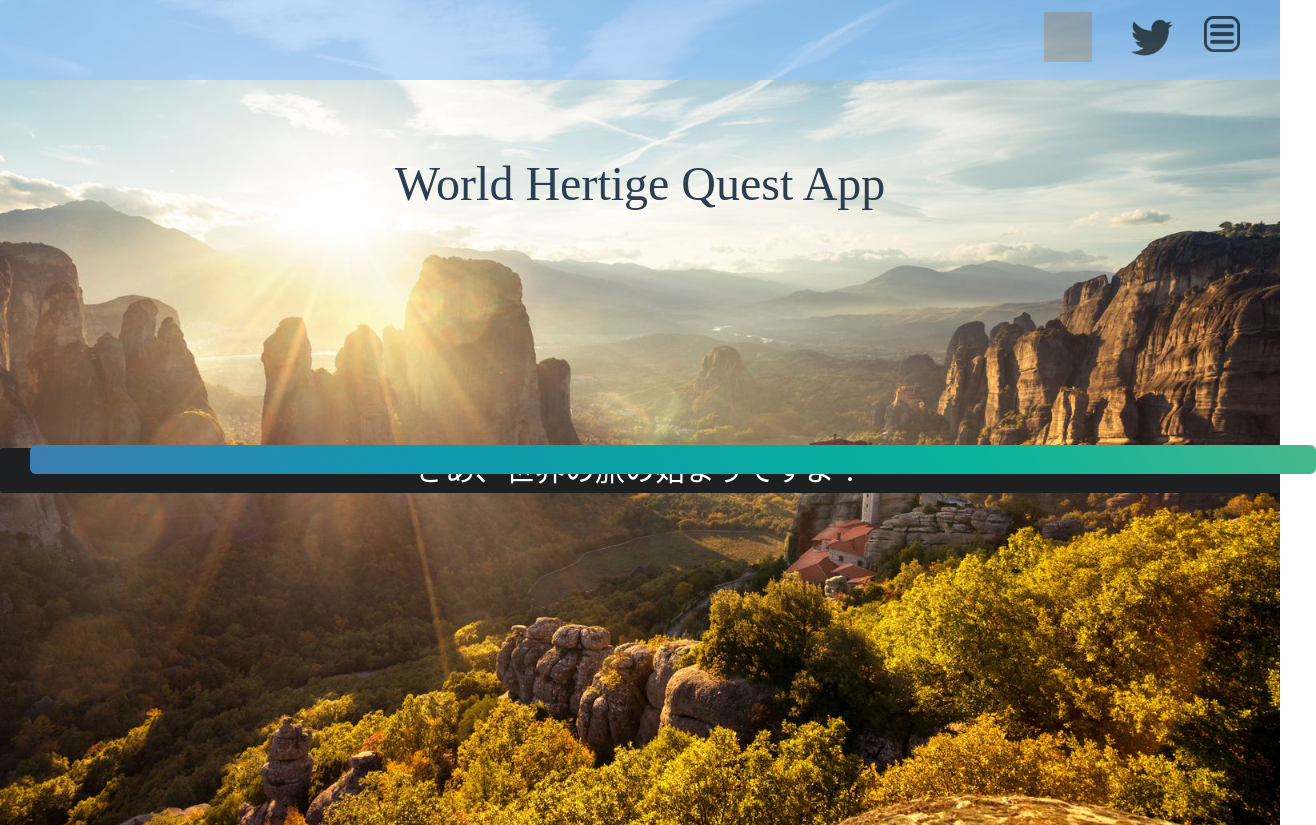
Repository: hashiz008/World-Heritage-Travel-App
Page: /
The author's editor kept a copy of each file at every save. The page is drawn from the files as they stood at one save, then again after the next save.
The browser window is 1280 px wide. The page is 1316 px wide, so the pictures cover 1316 px, including what lies to the right of the window. The pictures show the whole page.
Pictures or frames that could not be fetched are drawn as grey boxes. Some web fonts or font styles are not loaded; a fallback is used. The project was rebuilt for these pictures with package versions that can differ from the ones it lists, and the page was loaded fresh each time. Also part of the build but not shown: vue.config.js.

Above is the page before, as saved 2022-01-25 11:36:52.

After the next save:
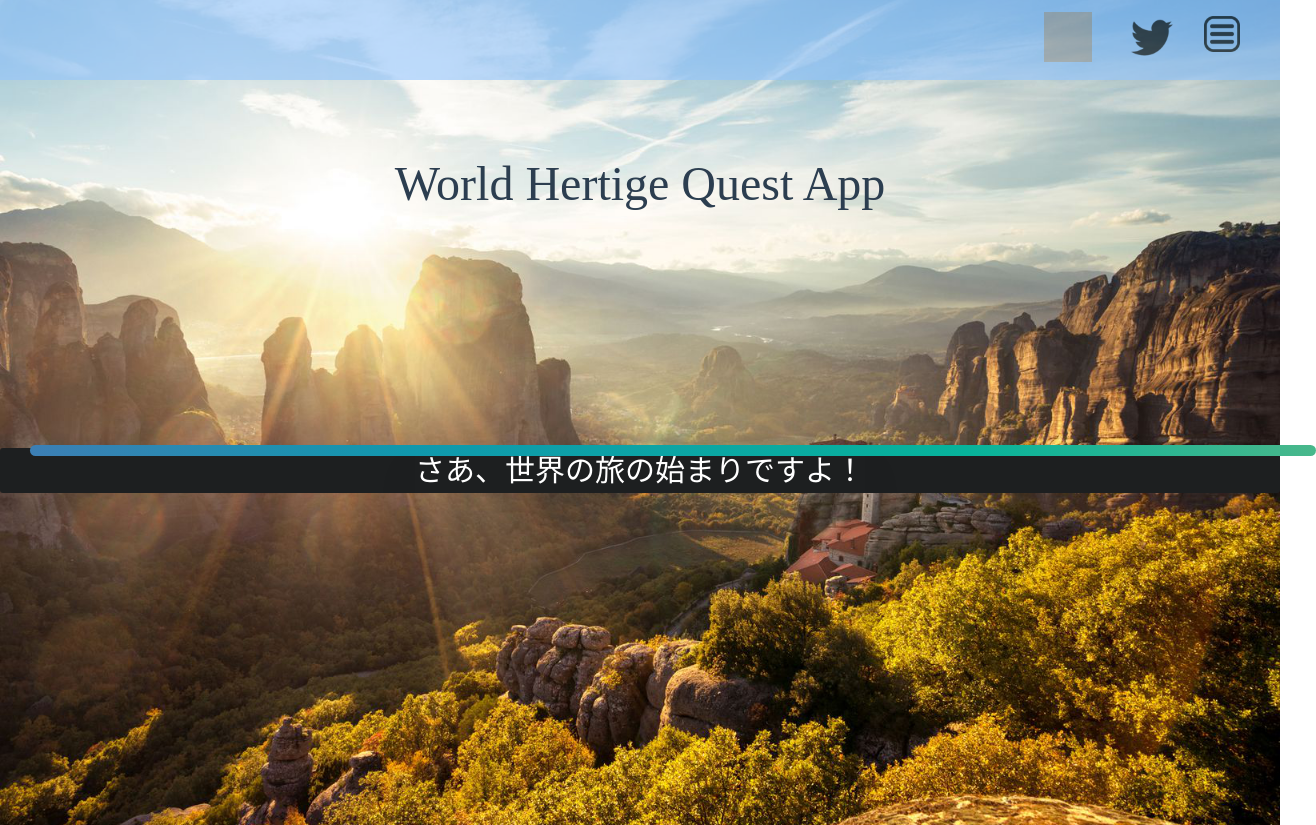
Saved 4 s later.
--- a/src/views/TopPage.vue
+++ b/src/views/TopPage.vue
@@ -149,7 +149,7 @@ export default {
     position: absolute;
     top: calc(-1 * var(--borderWidth));
     left: calc(10 * var(--borderWidth));
-    height: calc(50% + var(--borderWidth) * 2);
+    height: calc(10% + var(--borderWidth) * 2);
     width: calc(100% + var(--borderWidth) * 2);
     background: linear-gradient(
         60deg,
